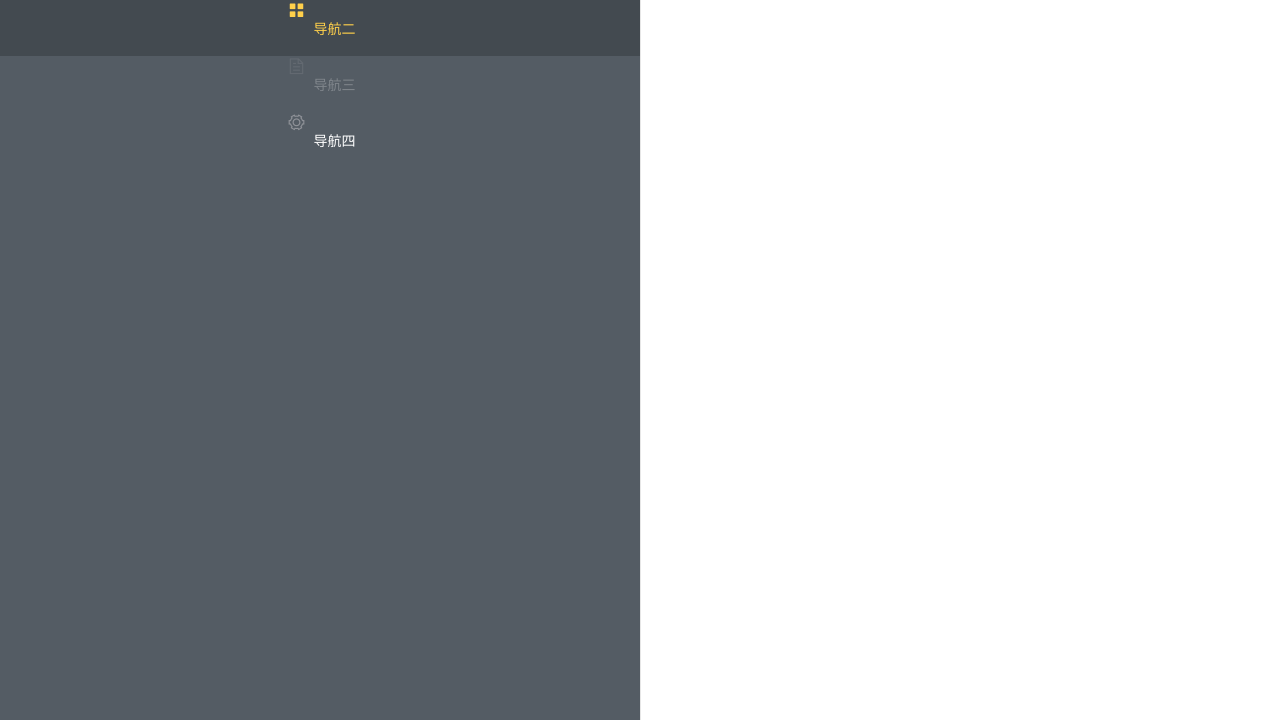
Repository: faintout/backMng
Page: / (app in backmng/)
The author's editor kept a copy of each file at every save. The page is drawn from the files as they stood at one save, then again after the next save.
The browser window is 1280 px wide. The pictures show the whole page.
The project was rebuilt for these pictures with package versions that can differ from the ones it lists, and the page was loaded fresh each time. Also part of the build but not shown: backmng/vue.config.js.

Above is the page before, as saved 2020-12-30 14:40:59.

### backmng/src/main.js
import Vue from 'vue'
import App from './App.vue'
import router from './router'
import store from './store'
import ElementUI from 'element-ui'
import 'element-ui/lib/theme-chalk/index.css'
import './assets/index.css'

Vue.use(ElementUI)
Vue.config.productionTip = false

new Vue({
  router,
  store,
  render: h => h(App)
}).$mount('#app')

### backmng/src/router/index.js
import Vue from 'vue'
import VueRouter from 'vue-router'
import Layout from '../views/layout.vue'

Vue.use(VueRouter)

const routes = [
  {
    path: '/',
    name: 'Layout',
    component: Layout
  },
]

const router = new VueRouter({
  routes
})

export default router

### backmng/src/assets/index.css
* {
    width: 100%;
    height: 100%;
    padding: 0;
    margin: 0;
}

### backmng/src/views/layout.vue
<template>
    <div>
        <el-row class="tac">
            <el-col :span="12">
                <el-menu default-active="1" class="el-menu-vertical-demo"  background-color="#545c64" text-color="#fff" active-text-color="#ffd04b">
                    <el-menu-item index="1">
                        <i class="el-icon-menu"></i>
                        <span slot="title">导航二</span>
                    </el-menu-item>
                    <el-menu-item index="2" disabled>
                        <i class="el-icon-document"></i>
                        <span slot="title">导航三</span>
                    </el-menu-item>
                    <el-menu-item index="3">
                        <i class="el-icon-setting"></i>
                        <span slot="title">导航四</span>
                    </el-menu-item>
                </el-menu>
            </el-col>
        </el-row>
    </div>
</template>

<script>
    export default {
        components: {},
        data() {
            return {}
        },
        watch: {},
        computed: {},
        methods: {},
        mounted() {},
        created() {},
    }
</script>
<style lang="less" scoped>
</style>

Loaded but not shown: backmng/public/index.html (common file); backmng/src/App.vue (common file); backmng/src/store/index.js (common file)

After the next save:
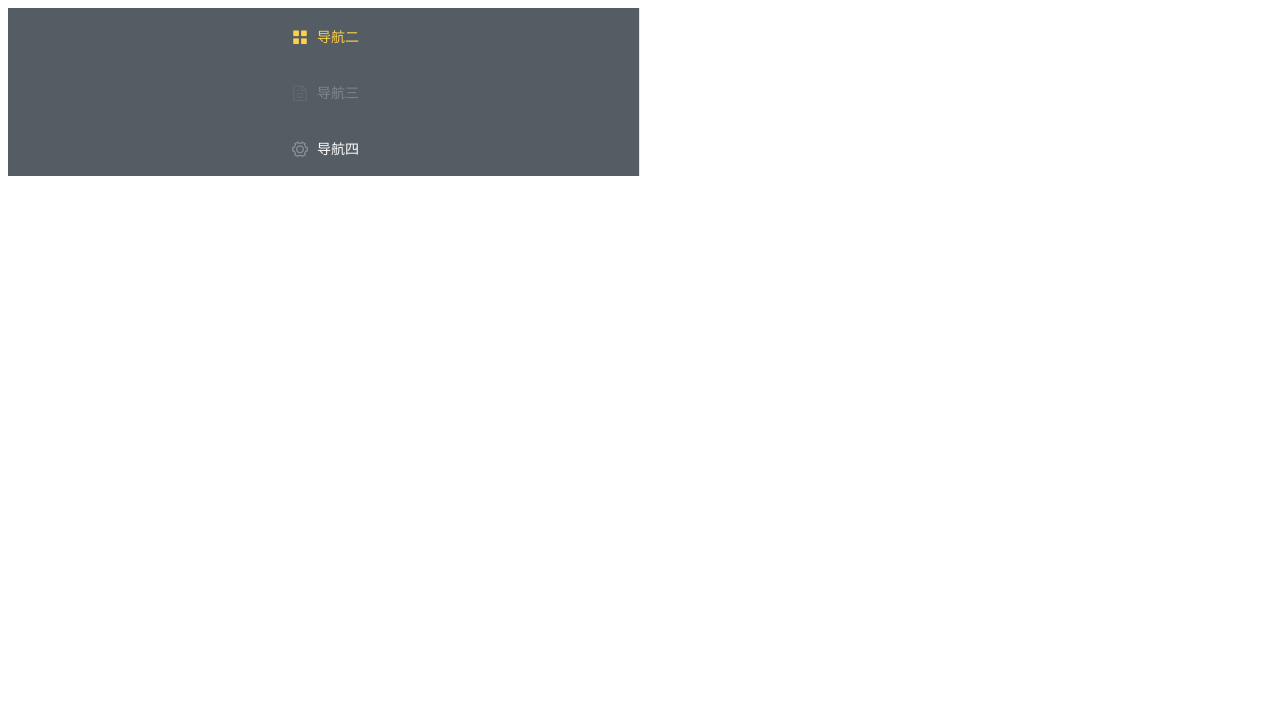
Saved 45 s later.
--- a/backmng/src/main.js
+++ b/backmng/src/main.js
@@ -4,7 +4,7 @@
 import store from './store'
 import ElementUI from 'element-ui'
 import 'element-ui/lib/theme-chalk/index.css'
-import './assets/index.css'
+// import './assets/index.css'
 
 Vue.use(ElementUI)
 Vue.config.productionTip = false
